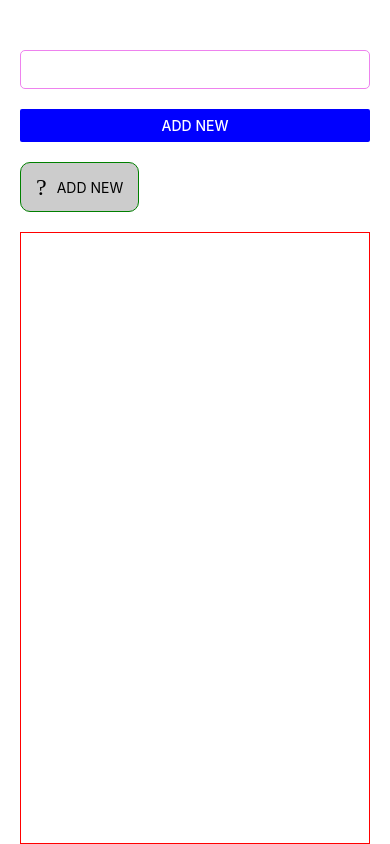
Repository: LuongPTCE181311/React-Native-Ultimate
Screen: /
The author's editor kept a copy of each file at every save. The screen is drawn from the files as they stood at one save, then again after the next save.
The app was drawn by React Native's web renderer in a window 390 px wide. The project was rebuilt for these pictures with package versions that can differ from the ones it lists, and the page was loaded fresh each time. Some packages were replaced by stand-ins written for this rebuild.

Above is the screen before, as saved 2026-06-16 15:25:17.

### App.tsx
import { StatusBar } from 'expo-status-bar';
import { use, useState } from 'react';
import { Button, FlatList, Keyboard, ScrollView, StyleSheet, Text, TextInput, TouchableWithoutFeedback, View } from 'react-native';
import InputTodo from './components/todo/input.todo';
import ListTodo from './components/todo/list.todo';




export default function App() {

  const [todoList, setTodoList] = useState<ITodo[]>([]);

  function randomInteger(min: number, max: number){
    return Math.floor(Math.random() * (max - min + 1)) + min;
  }

  const addTodo = (title: string) => {
    const todo = {id: randomInteger(1, 100000000), title: title}
    setTodoList([...todoList, todo])
  }

  const deleteTodo = (id: number) => {
    const newToDo = todoList.filter(todo => todo.id != id)
    setTodoList(newToDo);
  }
  return (
    <TouchableWithoutFeedback onPress={() => Keyboard.dismiss}>
      <View style={styles.container}>

        <InputTodo addTodo={addTodo}/>
        <ListTodo todoList={todoList} deleteTodo={deleteTodo}/>
      </View>
    </TouchableWithoutFeedback>
  );
}

const styles = StyleSheet.create({
  container: {
    flex: 1,
    backgroundColor: '#fff',
    // alignItems: 'center',
    // justifyContent: 'center'
    fontSize: 60,
    color: "red",
    marginTop: 10,
    paddingHorizontal: 20,
    paddingTop: 40,
  },
});

### components/todo/input.todo.tsx
import { useState } from "react";
import { Alert, Button, StyleSheet, Text, TextInput, View } from "react-native";
import AntDesign from '@expo/vector-icons/AntDesign';
import MineButton from "../button/mini.button";
const styles = StyleSheet.create({
    todoInput: {
        borderColor: "violet",
        borderWidth: 1,
        padding: 10,
        marginBottom: 20,
        borderRadius: 5
    }
})

interface IProps {
    addTodo: (v: string) => void;
}

const InputTodo = (props: IProps) => {
    const {addTodo} = props;
    const [name, setName] = useState<string>("");

    const handleAddNewTodo = () => {
        if(!name){
            Alert.alert(
                "invalid information",
                 "title nothing",
                [
                    {
                    text: 'Cancel',
                    onPress: () => console.log('Cancel Pressed'),
                        style: 'cancel',
                    },
                    {text: 'OK', onPress: () => console.log('OK Pressed')},
                ]
                )
            return;
        }
        addTodo(name);
        setName("");
    }
    return (
        <>
            <View style={{marginBottom: 20}}>
                <TextInput
                    // keyboardType='ascii-capable'
                    // multiline={true}
                    autoCapitalize="none"
                    autoCorrect={false}
                    onChangeText={value => setName(value)}
                    value={name}
                    style={styles.todoInput}/>

                <Button title='Add new'
                color={"blue"}
                onPress={handleAddNewTodo}
                />
            </View>
            <MineButton title="add new" onPress={handleAddNewTodo}/>
        </>
    )
}

export default InputTodo;

### components/todo/list.todo.tsx
import { FlatList, StyleSheet, Text, TouchableOpacity } from "react-native";

const styles = StyleSheet.create({
    todo: {
    fontSize: 30,
    backgroundColor: "pink",
    marginBottom: 20,
    padding: 15
  }
})

interface Iprops {
    todoList: ITodo[],
    deleteTodo: (v: number) => void;
}

const ListTodo = (props: Iprops) => {
    const {todoList, deleteTodo} = props;
    return (
        <>
        <FlatList
                style={{
                  marginTop: 20,
                  borderColor: "red",
                  borderWidth: 1,
                }}
                data={todoList}
                keyExtractor={item => item.id + ""}
                renderItem={({item}) => {
                  return (
                    <TouchableOpacity
                      onPress={() => deleteTodo(item.id)}
                    >
                      <Text key={item.id}
                        style={styles.todo}
                        >
                          {item.title}
                      </Text>
                    </TouchableOpacity>
                  )
                }}
              />
        </>
    )
}

export default ListTodo;

### components/button/mini.button.tsx
import { Pressable, StyleSheet, Text, View } from "react-native"
import AntDesign from '@expo/vector-icons/AntDesign';

const styles = StyleSheet.create({
    text: {
        textTransform: "uppercase",
    },
    btnCntainer : {
        borderWidth: 1,
        borderColor: "green",
        borderRadius: 10,
        paddingHorizontal: 15,
        paddingVertical: 10,
        flexDirection: "row",
        gap: 10,
        alignItems: "center",
        alignSelf: "flex-start",
        backgroundColor: "#ccc"
    }

})

interface IProps {
    title: string;
    onPress: any;
}

const MineButton = (props: IProps) => {
    const {title, onPress} = props;
    return (
        <Pressable
            style={({ pressed }) => ({ opacity: pressed === true ? 0.5 : 1})}
            onPress={onPress}
        >
            <View style={styles.btnCntainer}>
                <AntDesign
                    name="plus-circle"
                    size={24} color="black"
                />
                <Text style={styles.text}>{title}</Text>
            </View>
        </Pressable>
    )
}

export default MineButton

Loaded but not shown: index.ts (common file)

After the next save:
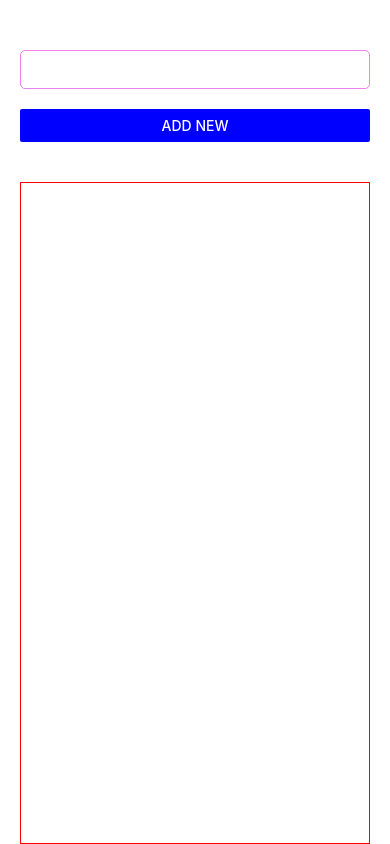
Saved 48 s later.
--- a/components/todo/input.todo.tsx
+++ b/components/todo/input.todo.tsx
@@ -56,7 +56,7 @@ const InputTodo = (props: IProps) => {
                 onPress={handleAddNewTodo}
                 />
             </View>
-            <MineButton title="add new" onPress={handleAddNewTodo}/>
+
         </>
     )
 }
